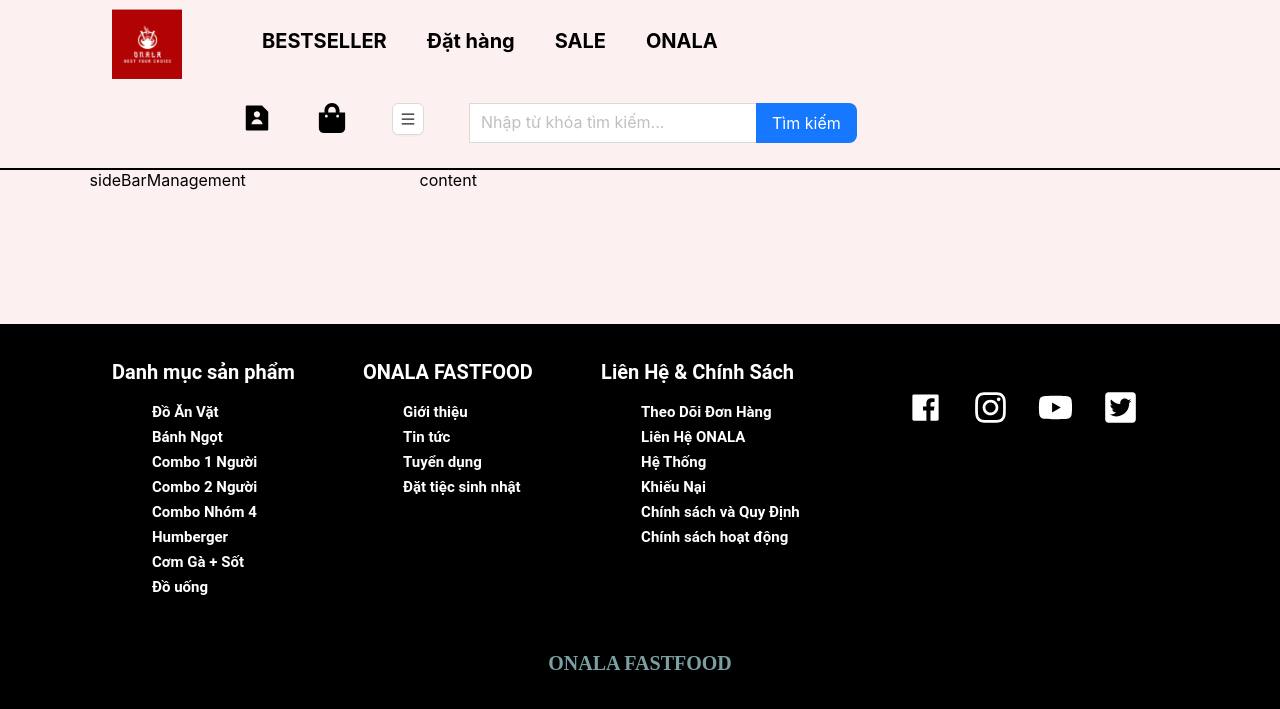
Repository: tranlan149/ONALA
Page: /account
The author's editor kept a copy of each file at every save. The page is drawn from the files as they stood at one save, then again after the next save.
The browser window is 1280 px wide. The pictures show the whole page.
The project was rebuilt for these pictures with package versions that can differ from the ones it lists, and the page was loaded fresh each time. Also part of the build but not shown: src/Components/Search/Search.css, src/Pages/BestSeller/index.js, src/Pages/ONALA/index.js, src/Pages/Sale/index.js, src/Pages/Recommend/index.js, src/Pages/Register/RegisterForm.module.css, src/Pages/Register/index.js, src/Pages/Login/LoginForm.module.css and 12 more.

Above is the page before, as saved 2025-02-11 15:19:49.

After the next save:
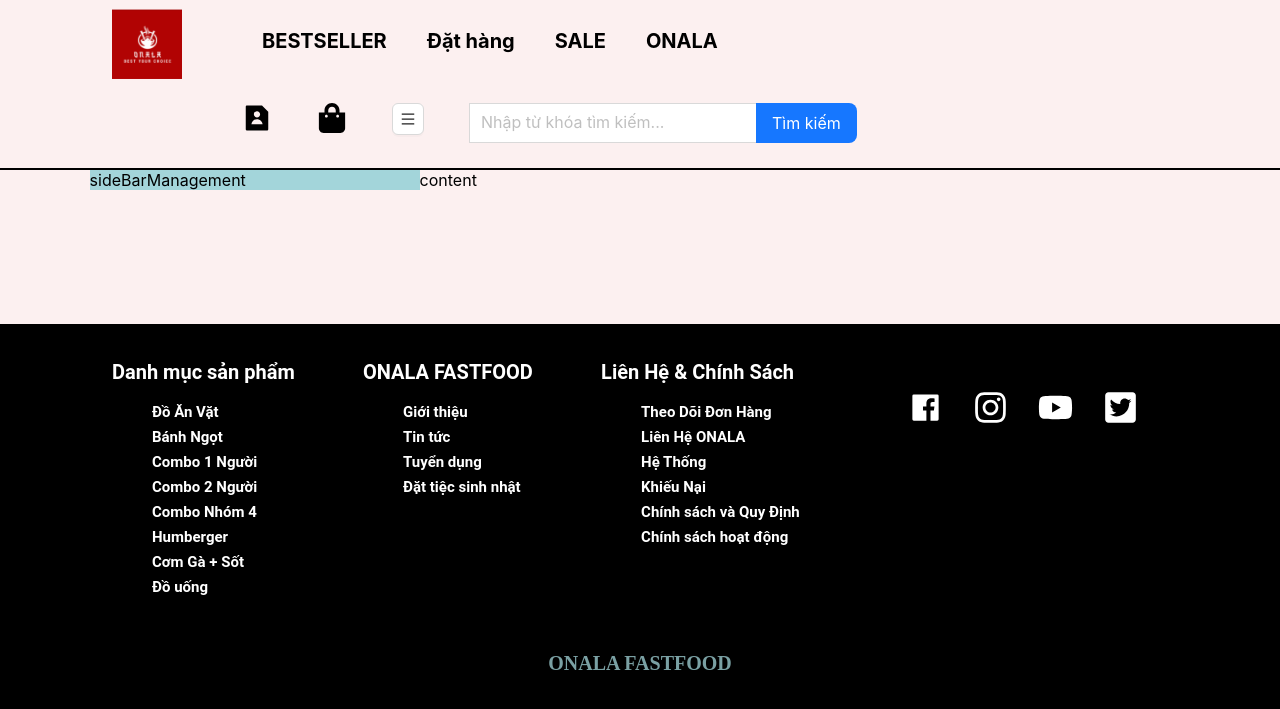
Saved 4 s later.
--- a/src/Pages/UserManagement/style.css
+++ b/src/Pages/UserManagement/style.css
@@ -6,7 +6,7 @@
 
 .sideBarManagement {
     width: 330px;
-    background-color: ;
+    background-color: #A3D5DA;
 }
 
 .contentManagement {
